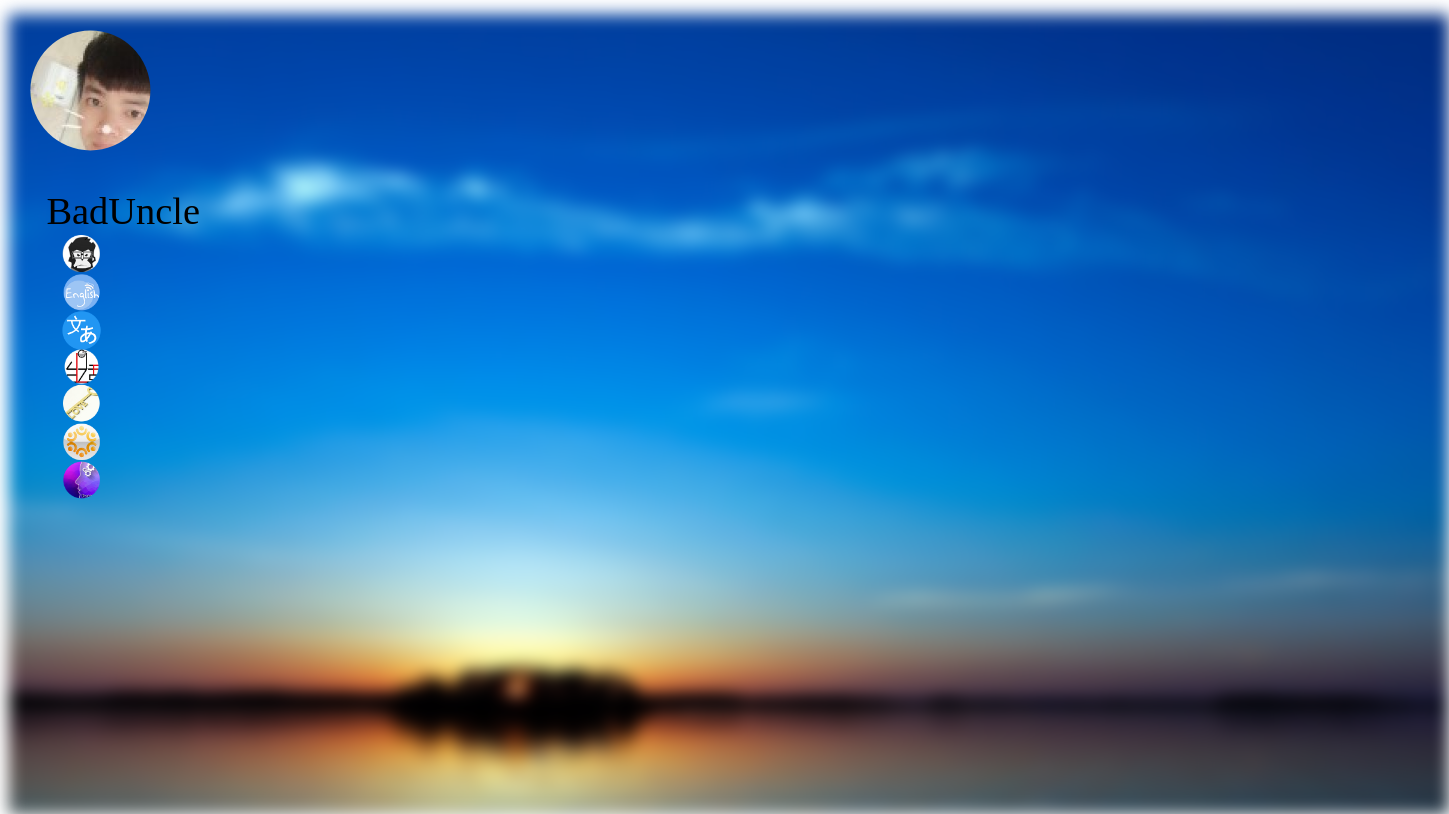
Repository: lidasi/monkeyLife
Page: http://localhost/monkeyLife/jsp/menubar.jsp
The author's editor kept a copy of each file at every save. The page is drawn from the files as they stood at one save, then again after the next save.
The browser window is 1280 px wide. The page is 1811 px wide, so the pictures cover 1811 px, including what lies to the right of the window. The pictures show the whole page, at 80% of full size.
The page is served by Tomcat 9.

Above is the page before, as saved 2017-07-13 09:21:08.

After the next save:
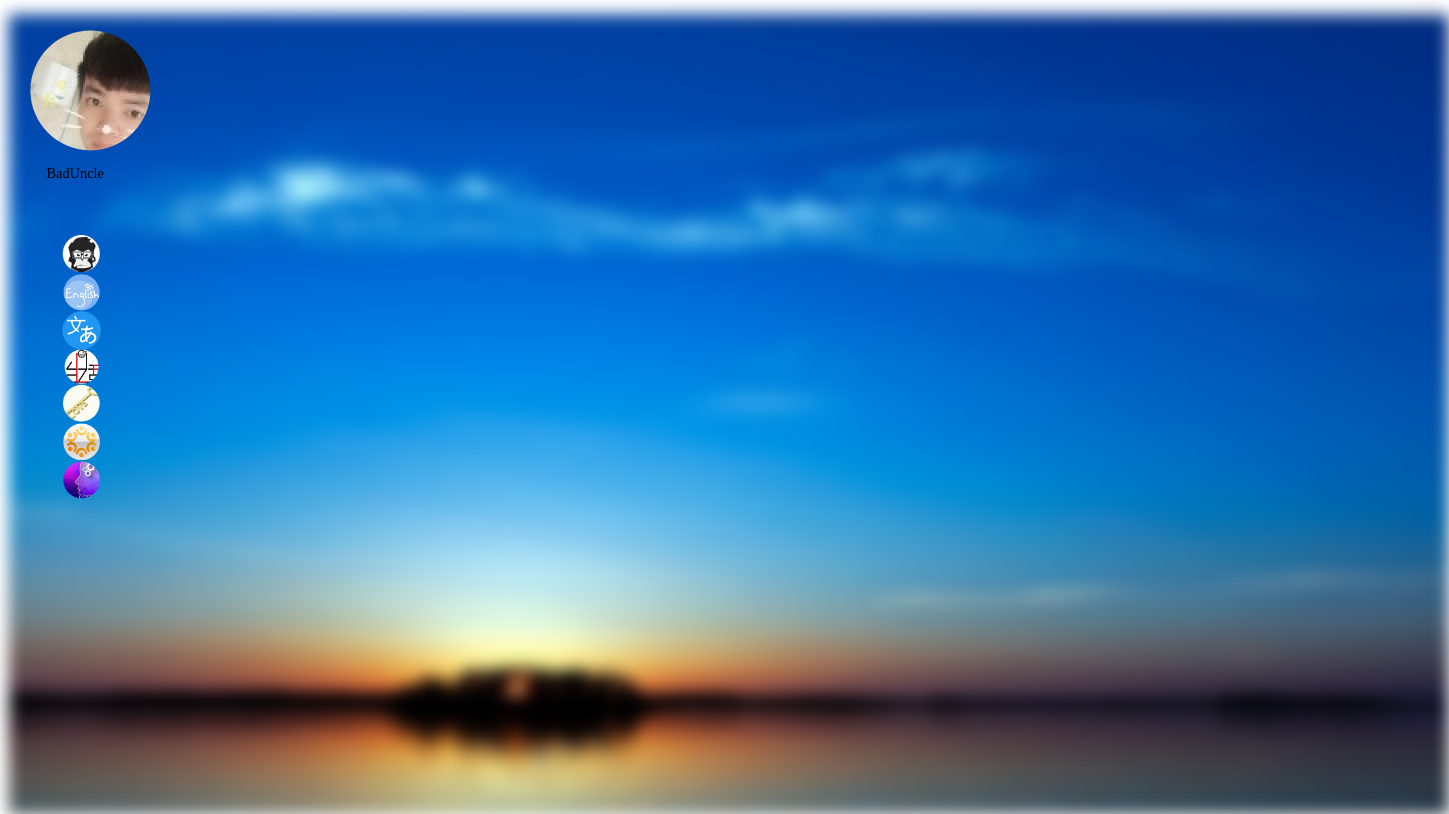
Saved 8 s later.
--- a/workSpeaces/monkeyLife/WebContent/css/menu.css
+++ b/workSpeaces/monkeyLife/WebContent/css/menu.css
@@ -48,7 +48,7 @@
 	width: 100px;
 	height: 80px;
 	position: absolute;
-	font-size: 48px;
+	font-size: 18px;
 }
 #dockContainer {
 	position: absolute;
